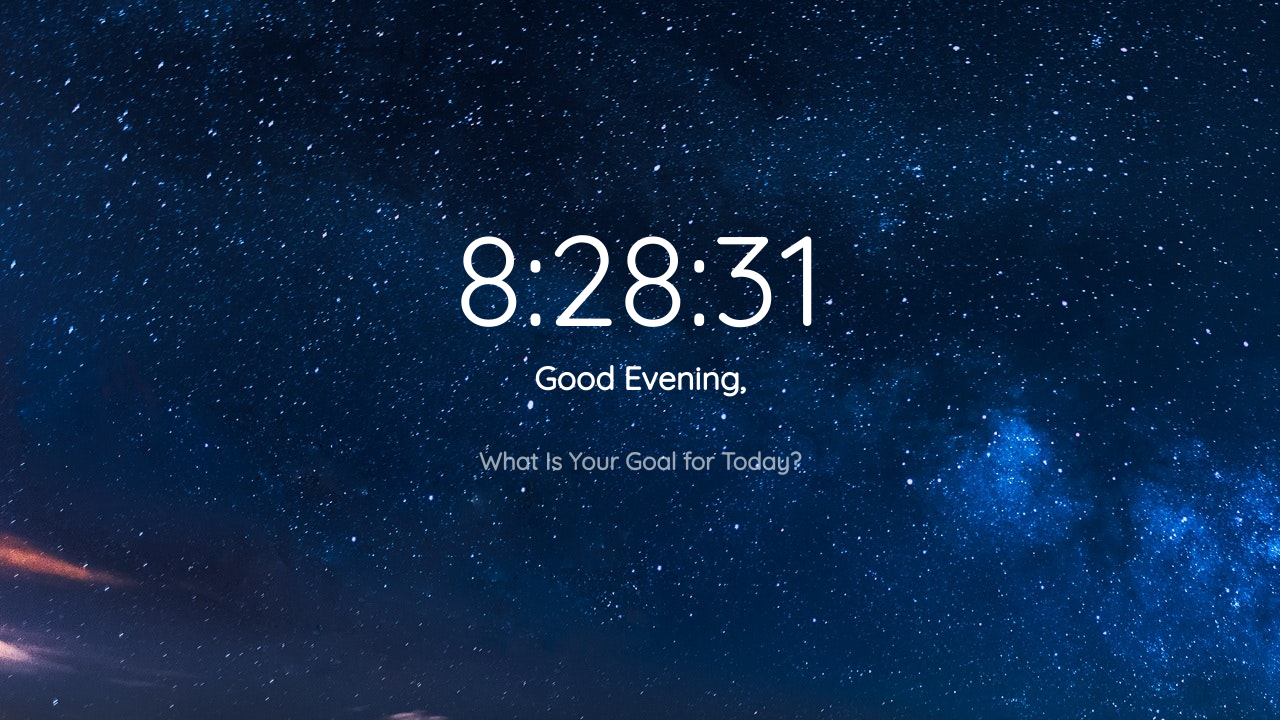
Repository: MikeTroianello/Landing-Page
Page: index.html
An editor plug-in stored every save of this project. The page is shown before and after the next save, followed by the edit.
The browser window is 1280 px wide. The pictures show the whole page.

Above is the page before, as saved 2019-06-19 23:56:39.

After the next save:
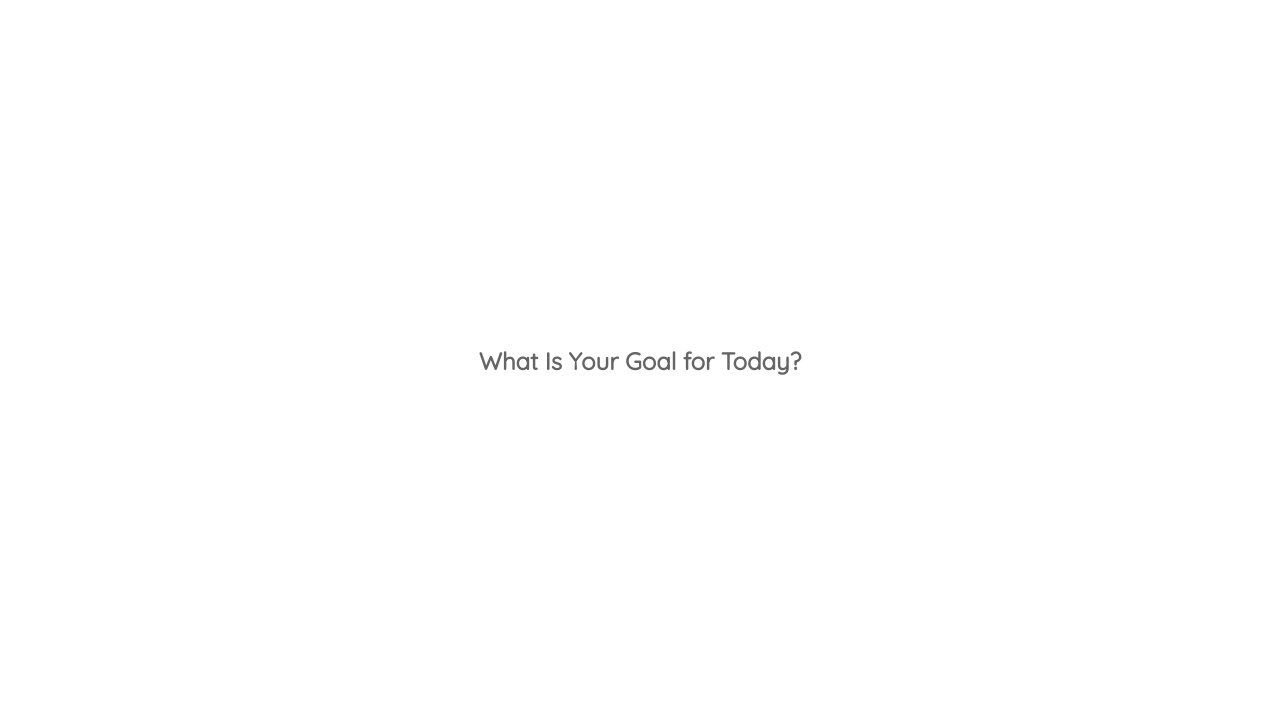
Console error: SyntaxError: Unexpected end of input
Saved 24 s later.
--- a/main.js
+++ b/main.js
@@ -55,11 +55,12 @@
   if (e.type == 'keypress') {
     if (e.key == 13) {
       localStorage.setItem('name', e.target.innerText);
+      name.blur()
     }
   } else {
     localStorage.setItem('name', e.target.innerText);
   }
-}
+
 
 // name.addEventListener('keypress', setName);
 // name.addEventListener('blur', setName);

After the 2 saves that followed:
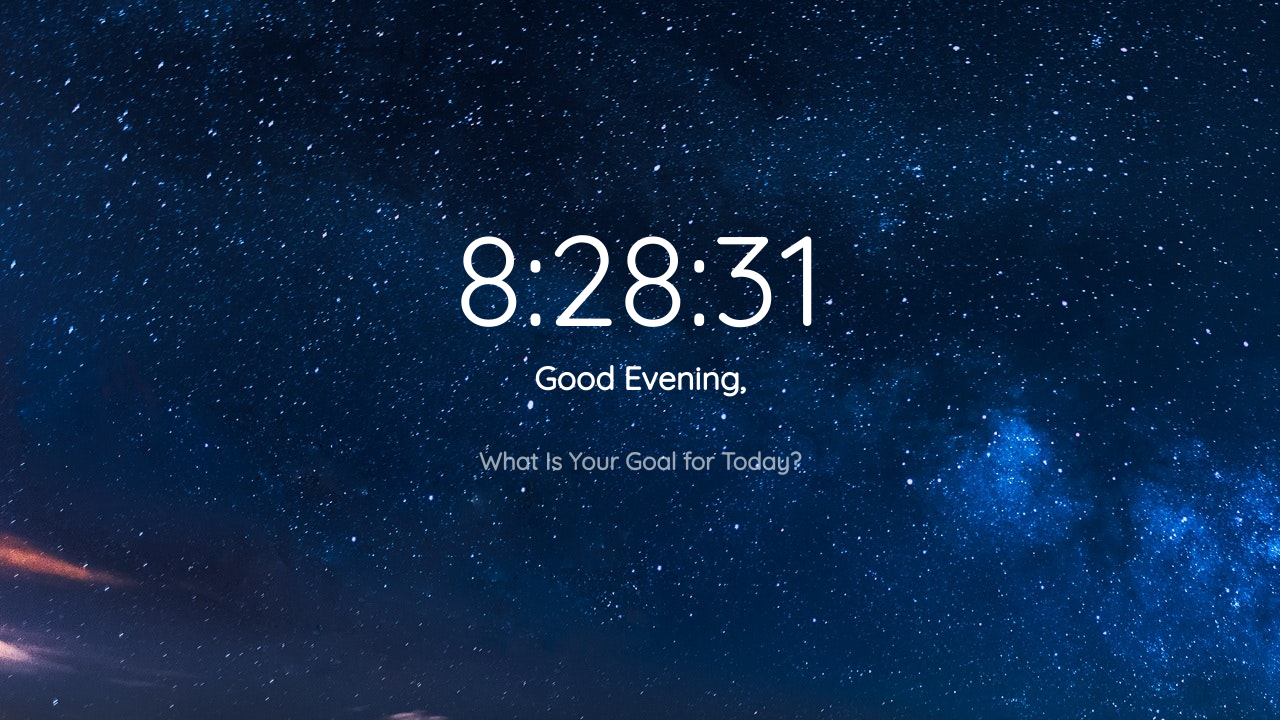
The error is gone.
The 2 saves are shown as one change because 1 left the picture as it was.
The last was saved 18 s later.
--- a/main.js
+++ b/main.js
@@ -55,12 +55,12 @@
   if (e.type == 'keypress') {
     if (e.key == 13) {
       localStorage.setItem('name', e.target.innerText);
-      name.blur()
+      name.blur();
     }
   } else {
     localStorage.setItem('name', e.target.innerText);
   }
-
+}
 
 // name.addEventListener('keypress', setName);
 // name.addEventListener('blur', setName);
